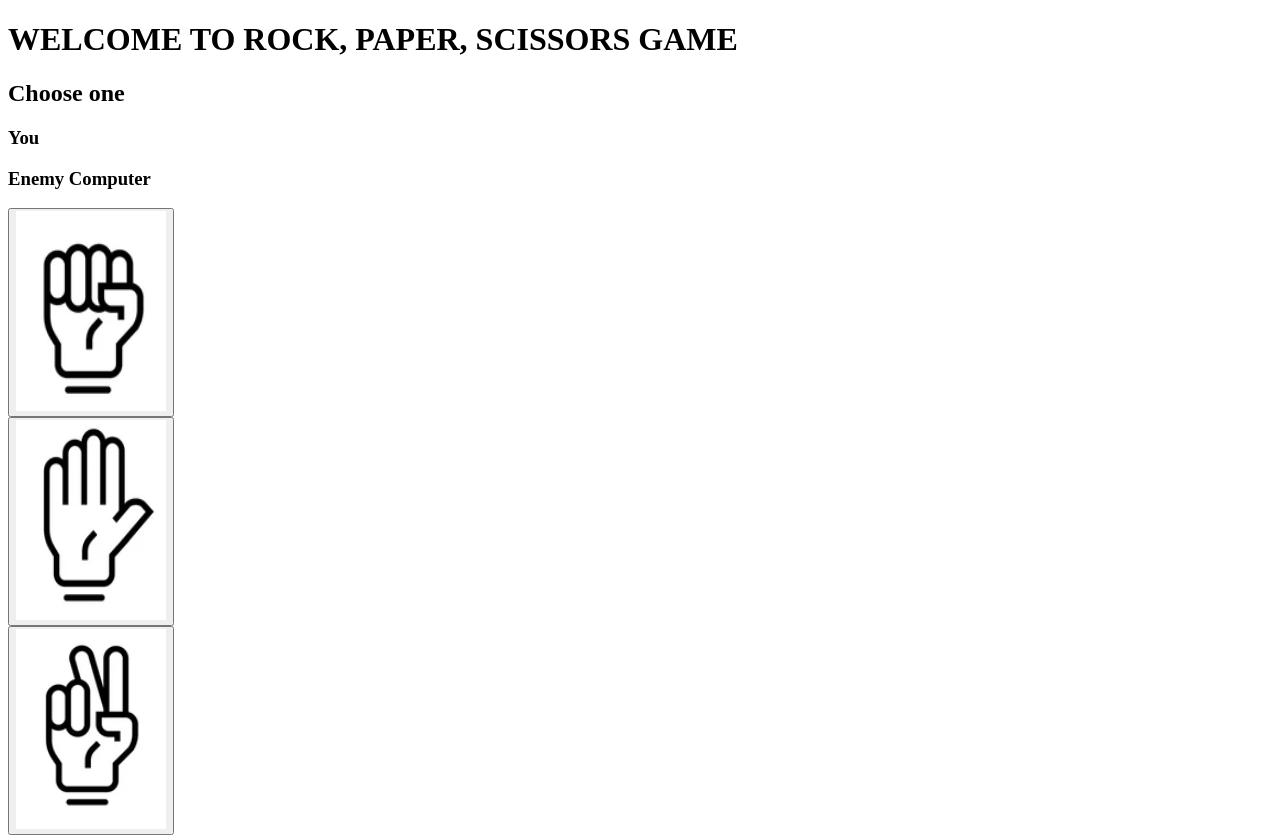
Repository: xhide341/rock_paper_scissor
Page: index.html
An editor plug-in stored every save of this project. The page is shown before and after the next save, followed by the edit.
The browser window is 1280 px wide. The pictures show the whole page.

Above is the page before, as saved 2024-06-21 19:05:02.

After the next save:
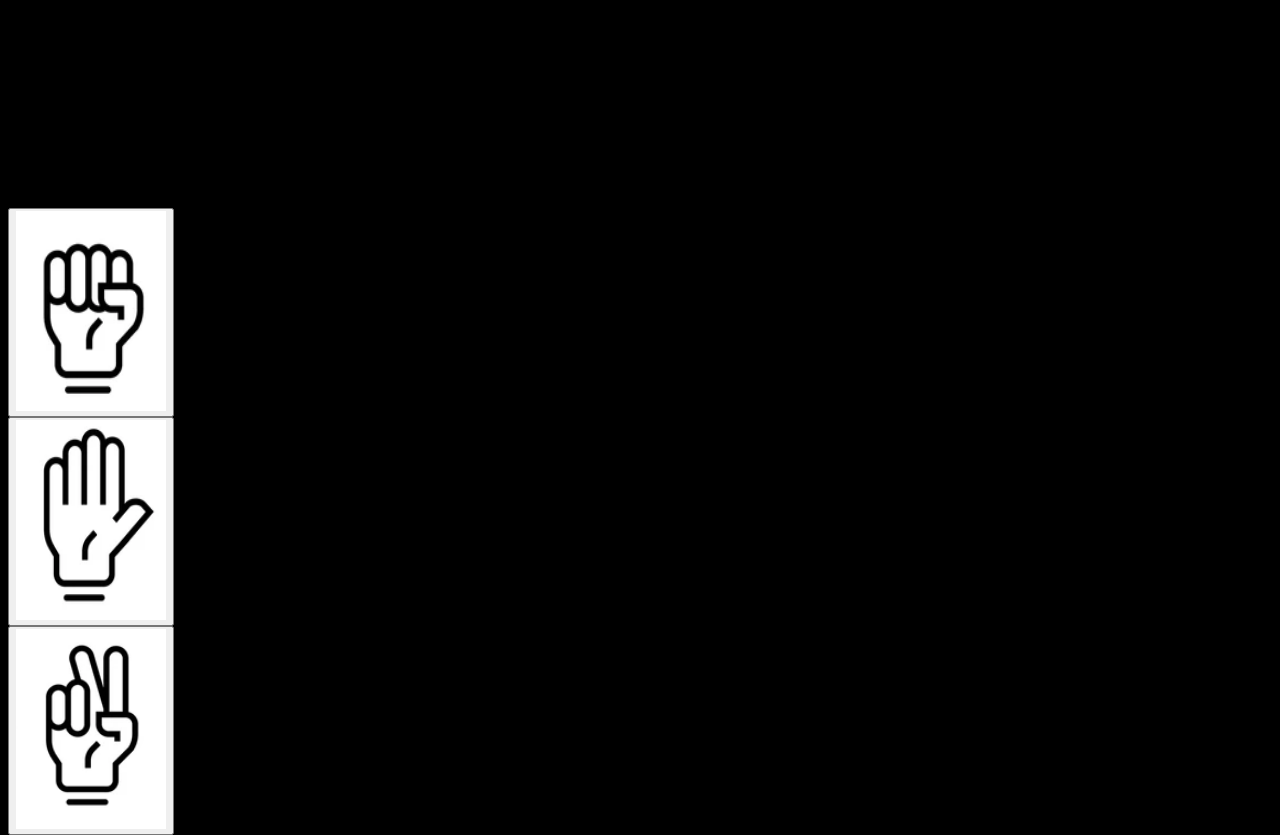
Saved 39 s later.
--- a/style.css
+++ b/style.css
@@ -1,4 +1,4 @@
 body {
     height: 100vh;
-    color: black;
+    background: black;
 }

After the save that followed:
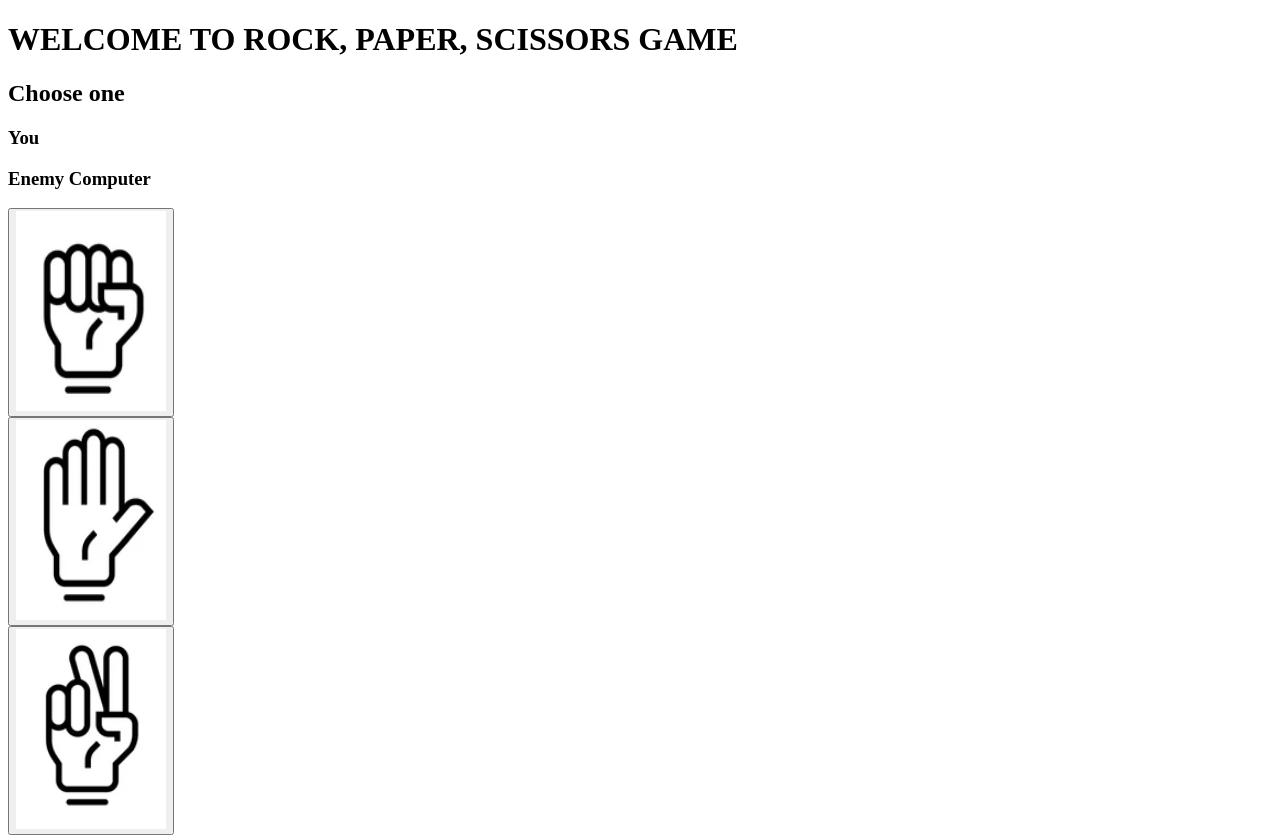
Saved 12 s later.
--- a/style.css
+++ b/style.css
@@ -1,4 +1,4 @@
 body {
     height: 100vh;
-    background: black;
+    background: white;
 }
